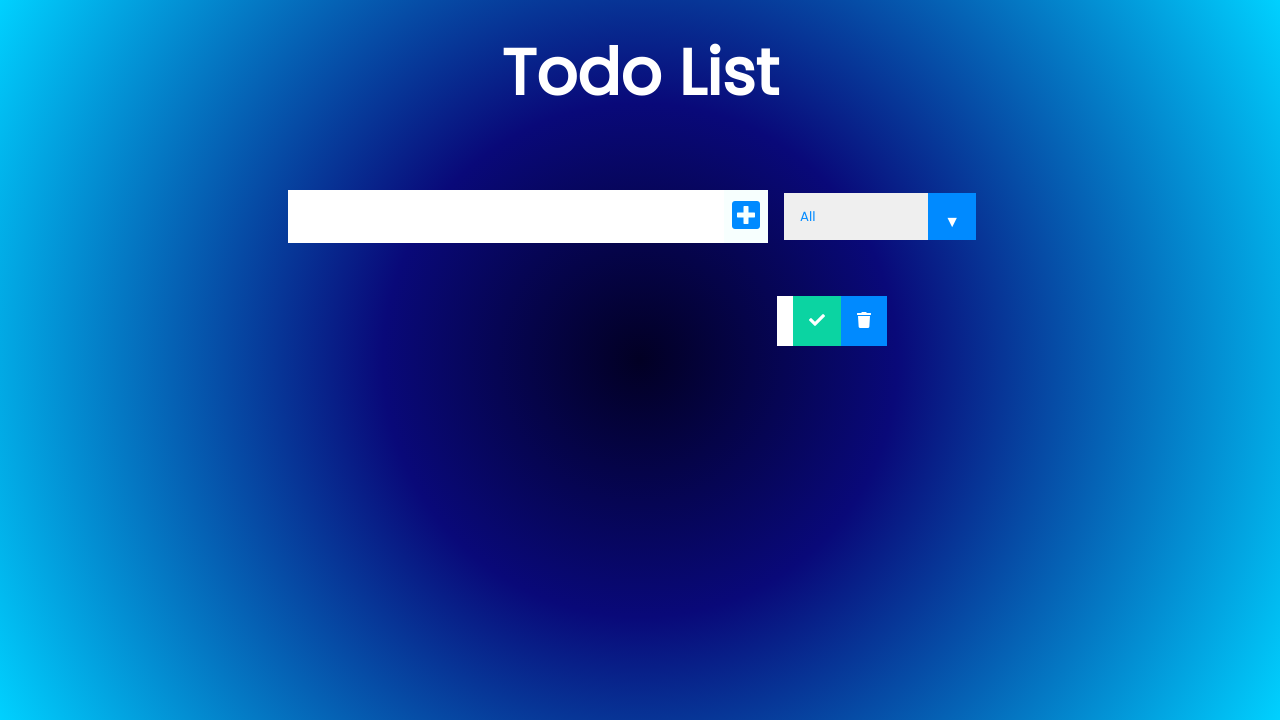
Repository: chellshelove/WADS_Assignment_TodoApp
Page: /
The author's editor kept a copy of each file at every save. The page is drawn from the files as they stood at one save, then again after the next save.
The browser window is 1280 px wide. The pictures show the whole page.
Some web libraries are served in a nearby version. The project was rebuilt for these pictures with package versions that can differ from the ones it lists, and the page was loaded fresh each time.

Above is the page before, as saved 2023-03-09 21:03:31.

### src/App.js
import React, {useState} from 'react';
import './App.css';
//importing components
import Form from './components/Form';
import TodoList from './components/TodoList';

function App() {
  const [inputText, setInputText] = useState("");
  const [todos, setTodos] = useState([]);
  return (
    <div className="todo-app">
      <header>
        <h1>Todo List</h1>
      </header>
      <Form inputText={inputText} todos={todos} setTodos={setTodos} setInputTtext={setInputText}/>
      <TodoList />
    </div>
  );
}

export default App;

### src/App.css
* {
  margin: 0;
  padding: 0;
  box-sizing: border-box;
}
body {
  background-image: radial-gradient(circle, rgba(2,0,36,1) 0%, rgba(9,9,121,1) 35%, rgba(0,209,255,1) 100%);
  color: white;
  font-family: "Poppins", sans-serif;
  min-height: 100vh;
}
header {
  font-size: 2rem;
}

header,
form {
  min-height: 20vh;
  display: flex;
  justify-content: center;
  align-items: center;
}
form input,
form button {
  padding: 0.5rem;
  font-size: 2rem;
  border: none;
  background: white;
}
form button {
  color: #008aff;
  background: #f7fffe;
  cursor: pointer;
  transition: all 0.3s ease;
}
form button:hover {
  background: #00ddff;
  color: black;
}
.todo-container {
  display: flex;
  justify-content: center;
  align-items: center;
}

.todo-list {
  min-width: 30%;
  list-style: none;
}

.todo {
  margin: 0.5rem;
  background: white;
  font-size: 1.5rem;
  color: black;
  display: flex;
  justify-content: space-between;
  align-items: center;
  transition: all 1s ease;
}
.filter-todo {
  padding: 1rem;
}
.todo li {
  flex: 1;
}

.trash-btn,
.complete-btn {
  background: #008aff;
  color: white;
  border: none;
  padding: 1rem;
  cursor: pointer;
  font-size: 1rem;
}
.complete-btn {
  background: rgb(11, 212, 162);
}
.todo-item {
  padding: 0rem 0.5rem;
}

.fa-trash,
.fa-check {
  pointer-events: none;
}

.fall {
  transform: translateY(10rem) rotateZ(20deg);
  opacity: 0;
}

.completed {
  text-decoration: line-through;
  opacity: 0.5;
}

/*CUSTOM SELECTOR */
select {
  -webkit-appearance: none;
  -moz-appearance: none;
  -ms-appearance: none;
  appearance: none;
  outline: 0;
  box-shadow: none;
  border: 0 !important;
  background-image: none;
}

/* Custom Select */
.select {
  margin: 1rem;
  position: relative;
  overflow: hidden;
}
select {
  color: #008aff;
  font-family: "Poppins", sans-serif;
  cursor: pointer;
  width: 12rem;
}
/* Arrow */
.select::after {
  content: "\25BC";
  position: absolute;
  top: 0;
  right: 0;
  padding: 1rem;
  background: #008aff;
  cursor: pointer;
  pointer-events: none;
}
/* Transition */
/*
.select:hover::after {
  transform: scale(1.5);
}
*/

### src/components/Form.js
import React from 'react'

const Form = ({setInputText, todos, setTodos, inputText}) => {
    const inputTextHandler = (e) => {
        console.log(e.target.value);
        setInputText(e.target.value);
    };
    const submitTodoHandler = (e) => {
        e.preventDefault();
        setTodos = ([
            ...todos, {text: inputText, completed: false, id: Math.random() * 10000},
        ]);
        setInputText("");
    };
    return(
        <form>
      <input
      //value = {inputText}
      onChange={inputTextHandler} type="text" className="todo-input" />
      <button onClick={submitTodoHandler} className="todo-button" type="submit">
        <i className="fas fa-plus-square"></i>
      </button>
      <div className="select">
        <select name="todos" className="filter-todo">
          <option value="all">All</option>
          <option value="completed">Completed</option>
          <option value="uncompleted">Uncompleted</option>
        </select>
      </div>
    </form>
    );
}

export default Form;

### src/components/TodoList.js
import React from 'react';
import Todo from './Todo';

const TodoList = () => {
    return(
        <div className="todo-container">
      <ul className="todo-list"></ul>
      <Todo />
    </div>
    );
};

export default TodoList;

### src/components/Todo.js
import React from 'react'

const Todo = () => {
    return(
        <div className="todo">
            <li className="todo item"></li>
            <button className="complete-btn">
                <i className="fas fa-check"></i>
            </button>
            <button  className="trash-btn">
                <i className="fas fa-trash"></i>
            </button>
        </div>
    );
};

export default Todo;

Loaded but not shown: public/index.html (common file); src/index.js (common file)

After the next save:
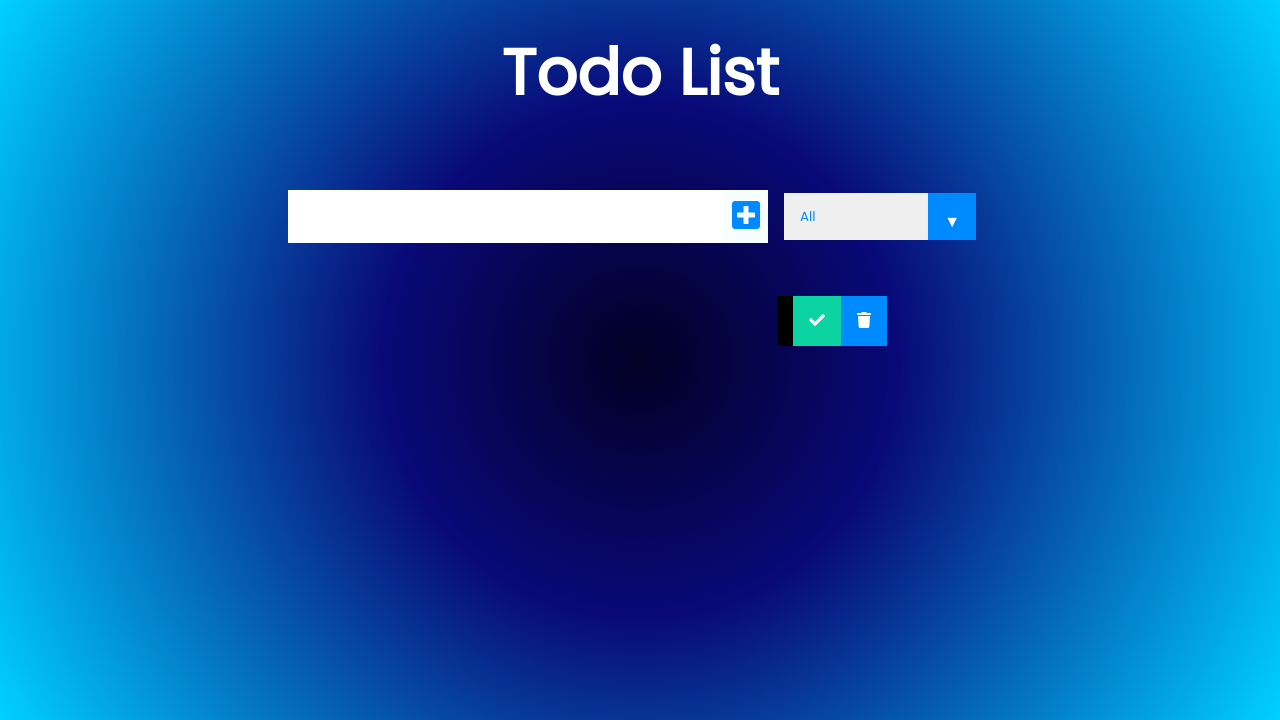
Saved 33 s later.
--- a/src/App.css
+++ b/src/App.css
@@ -35,7 +35,7 @@ form button {
 }
 form button:hover {
   background: #00ddff;
-  color: black;
+  color: white;
 }
 .todo-container {
   display: flex;
@@ -50,7 +50,7 @@ form button:hover {
 
 .todo {
   margin: 0.5rem;
-  background: white;
+  background: black;
   font-size: 1.5rem;
   color: black;
   display: flex;
